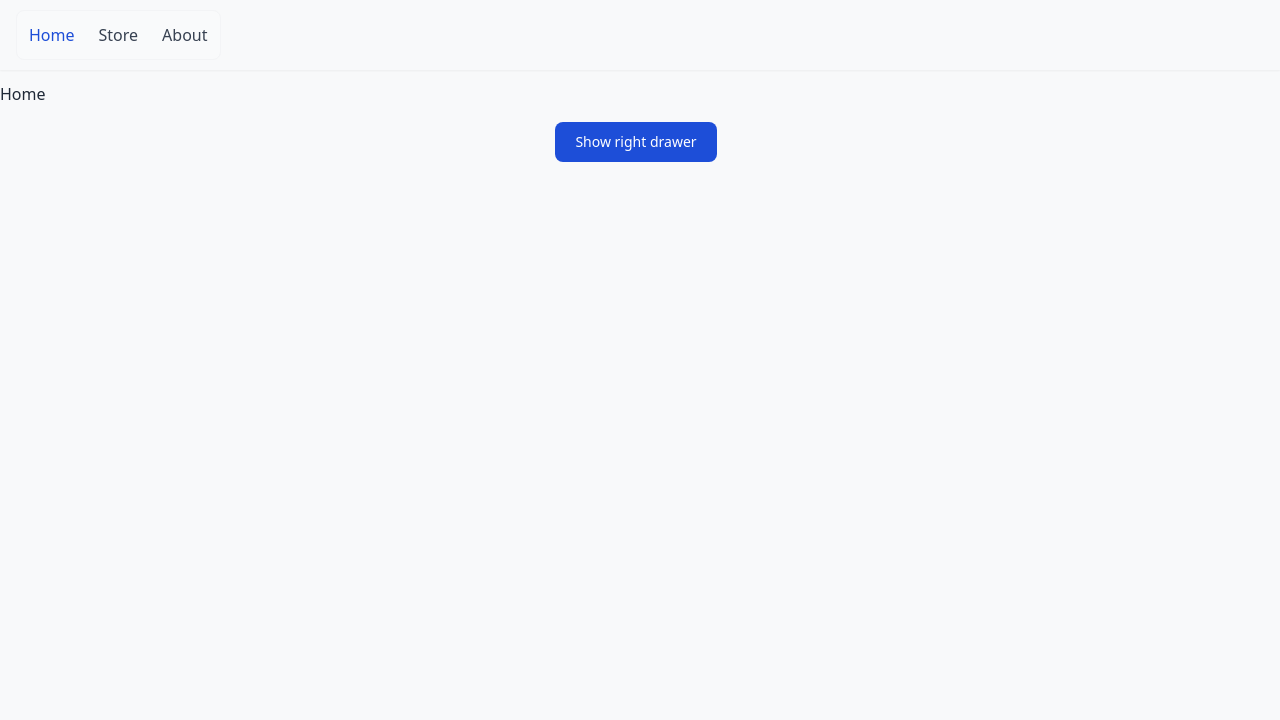
Repository: ducanhaep/react-ts-shopping-cart
Page: /
An editor plug-in stored every save of this project. The page is shown before and after a run of saves, followed by the edit.
The browser window is 1280 px wide. The pictures show the whole page.
The project was rebuilt for these pictures with package versions that can differ from the ones it lists, and the page was loaded fresh each time. Also part of the build but not shown: vite.config.ts, src/pages/About.js, src/utilities/formatCurrency.ts, src/components/StoreItem.tsx, src/pages/Store.tsx.

Above is the page before, as saved 2023-01-12 01:26:47.

### src/App.tsx
import { Routes, Route } from "react-router-dom";
import { About } from "./pages/About";
import { Home } from "./pages/Home";
import { Store } from "./pages/Store";
import { Navbar } from "./components/Navbar";
import { ShoppingCartProvider } from "./context/ShoppingCartContext";
function App() {
  return (
    <ShoppingCartProvider>
      <Navbar />
      <div className="container mb-4">
        <Routes>
          <Route path="/" element={<Home />} />
          <Route path="/store" element={<Store />} />
          <Route path="/about" element={<About />} />
        </Routes>
      </div>
    </ShoppingCartProvider>
  );
}

export default App;

### src/index.css
@tailwind base;
@tailwind components;
@tailwind utilities;
:root {
  font-synthesis: none;
  text-rendering: optimizeLegibility;
  -webkit-font-smoothing: antialiased;
  -moz-osx-font-smoothing: grayscale;
  -webkit-text-size-adjust: 100%;
}

/* Box sizing rules */
*,
*::before,
*::after {
  box-sizing: border-box;
}

/* Remove default margin */
body,
h1,
h2,
h3,
h4,
p,
figure,
blockquote,
dl,
dd {
  margin: 0;
}

/* Remove list styles on ul, ol elements with a list role, which suggests default styling will be removed */
ul[role="list"],
ol[role="list"] {
  list-style: none;
}

/* Set core root defaults */
html:focus-within {
  scroll-behavior: smooth;
}

/* Set core body defaults */
body {
  min-height: 100vh;
  text-rendering: optimizeSpeed;
  line-height: 1.5;
  background-color: #f8f9fa;
}

input,
button,
textarea,
select {
  font: inherit;
}

### src/components/Navbar.tsx
import { Link, NavLink } from "react-router-dom";
import { BsFillCartFill } from "react-icons/bs";
import { useShoppingCartContext } from "../context/ShoppingCartContext";

export function Navbar() {
  const { openCart, cartQuantity } = useShoppingCartContext();
  return (
    <div className="shadow-sm mb-3">
      <nav className="containerbg-white border-gray-200 px-2 sm:px-4 py-2.5 rounded dark:bg-gray-900">
        <div className="container flex flex-wrap items-center justify-between">
          <ul className="flex border border-gray-100 rounded-lg bg-gray-50 items-center">
            <li>
              <NavLink
                to="/"
                className={({ isActive }) =>
                  isActive
                    ? "text-white bg-blue-700 rounded md:bg-transparent md:text-blue-700 dark:text-white p-3"
                    : "block text-gray-700 rounded hover:bg-gray-100 p-3"
                }
                aria-current="page"
              >
                Home
              </NavLink>
            </li>
            <li>
              <NavLink
                to="store"
                className={({ isActive }) =>
                  isActive
                    ? "text-white bg-blue-700 rounded md:bg-transparent md:text-blue-700 dark:text-white p-3"
                    : "block text-gray-700 rounded hover:bg-gray-100 p-3"
                }
              >
                Store
              </NavLink>
            </li>
            <li>
              <NavLink
                to="about"
                className={({ isActive }) =>
                  isActive
                    ? "text-white bg-blue-700 rounded md:bg-transparent md:text-blue-700 dark:text-white p-3"
                    : "block text-gray-700 rounded hover:bg-gray-100 p-3"
                }
              >
                About
              </NavLink>
            </li>
          </ul>
          {cartQuantity > 0 && (
            <button
              data-collapse-toggle="navbar-default"
              type="button"
              aria-controls="navbar-default"
              aria-expanded="false"
              className="relative md:hidden text-blue-700 hover:text-white border border-blue-700 hover:bg-blue-800 focus:outline-none  font-medium rounded-lg text-sm px-5 py-2.5 text-center mr-2 mb-2"
              onClick={openCart}
            >
              <BsFillCartFill />
              <div className="absolute inline-flex items-center justify-center w-6 h-6 text-xs font-bold text-white bg-red-500 border-2 border-white rounded-full -top-2 -right-2 dark:border-gray-900">
                {cartQuantity}
              </div>
            </button>
          )}
        </div>
      </nav>
    </div>
  );
}

### src/context/ShoppingCartContext.tsx
import { useContext, createContext, ReactNode, useState } from "react";
import { ShoppingCart } from "../components/ShoppingCart";

interface ShoppingCartProviderProps {
  children: ReactNode;
}
interface ShoppingCartContext {
  getItemQuantity: (id: number) => number;
  increaseCartQuantity: (id: number) => void;
  decreaseCartQuantity: (id: number) => void;
  removeFromCart: (id: number) => void;
  openCart: () => void;
  closeCart: () => void;
  cartQuantity: number;
  cartItems: CartItem[];
}
interface CartItem {
  id: number;
  quantity: number;
}

const ShoppingCartContext = createContext({} as ShoppingCartContext);

export function ShoppingCartProvider({ children }: ShoppingCartProviderProps) {
  const [cartItems, setCartItems] = useState<CartItem[]>([]);
  const [isOpen, setIsOpen] = useState(false);

  function getItemQuantity(id: number) {
    return cartItems.find((item) => item.id === id)?.quantity || 0;
  }
  const cartQuantity = cartItems.reduce(
    (quantity, item) => quantity + item.quantity,
    0
  );

  function increaseCartQuantity(id: number) {
    setCartItems((currentItem) => {
      if (currentItem.find((item) => item.id === id) == null) {
        return [...currentItem, { id, quantity: 1 }];
      } else {
        return currentItem.map((item) => {
          if (item.id === id) {
            return { ...item, quantity: item.quantity + 1 };
          }
          return item;
        });
      }
    });
  }
  function decreaseCartQuantity(id: number) {
    setCartItems((currentItem) => {
      if (currentItem.find((item) => item.id === id)?.quantity === 1) {
        return currentItem.filter((item) => item.id !== id);
      } else {
        return cartItems.map((item) => {
          if (item.id === id) {
            return { ...item, quantity: item.quantity - 1 };
          }
          return item;
        });
      }
    });
  }
  function removeFromCart(id: number) {
    setCartItems((currentItem) => currentItem.filter((item) => item.id !== id));
  }

  function openCart() {
    setIsOpen(true);
  }
  function closeCart() {
    setIsOpen(false);
  }

  return (
    <ShoppingCartContext.Provider
      value={{
        getItemQuantity,
        increaseCartQuantity,
        decreaseCartQuantity,
        removeFromCart,
        cartItems,
        cartQuantity,
        openCart,
        closeCart,
      }}
    >
      {children}
      <ShoppingCart />
    </ShoppingCartContext.Provider>
  );
}

export function useShoppingCartContext() {
  return useContext(ShoppingCartContext);
}

### src/components/ShoppingCart.tsx
export function ShoppingCart() {
  return (
    <>
      <div className="text-center">
        <button
          className="text-white bg-blue-700 hover:bg-blue-800 focus:ring-4 focus:ring-blue-300 font-medium rounded-lg text-sm px-5 py-2.5 mr-2 mb-2 dark:bg-blue-600 dark:hover:bg-blue-700 focus:outline-none dark:focus:ring-blue-800"
          type="button"
          data-drawer-target="drawer-right-example"
          data-drawer-show="drawer-right-example"
          data-drawer-placement="right"
          aria-controls="drawer-right-example"
        >
          Show right drawer
        </button>
      </div>

      <div
        id="drawer-right-example"
        className="fixed z-40 h-screen p-4 overflow-y-auto bg-white w-80 dark:bg-gray-800 transition-transform right-0 top-0 translate-x-full"
        tabIndex={-1}
        aria-labelledby="drawer-right-label"
      >
        <h5
          id="drawer-right-label"
          className="inline-flex items-center mb-4 text-base font-semibold text-gray-500 dark:text-gray-400"
        >
          <svg
            className="w-5 h-5 mr-2"
            aria-hidden="true"
            fill="currentColor"
            viewBox="0 0 20 20"
            xmlns="http://www.w3.org/2000/svg"
          >
            <path
              fillRule="evenodd"
              d="M18 10a8 8 0 11-16 0 8 8 0 0116 0zm-7-4a1 1 0 11-2 0 1 1 0 012 0zM9 9a1 1 0 000 2v3a1 1 0 001 1h1a1 1 0 100-2v-3a1 1 0 00-1-1H9z"
              clipRule="evenodd"
            />
          </svg>
          Right drawer
        </h5>
        <button
          type="button"
          data-drawer-hide="drawer-right-example"
          aria-controls="drawer-right-example"
          className="text-gray-400 bg-transparent hover:bg-gray-200 hover:text-gray-900 rounded-lg text-sm p-1.5 absolute top-2.5 right-2.5 inline-flex items-center dark:hover:bg-gray-600 dark:hover:text-white"
        >
          <svg
            aria-hidden="true"
            className="w-5 h-5"
            fill="currentColor"
            viewBox="0 0 20 20"
            xmlns="http://www.w3.org/2000/svg"
          >
            <path
              fillRule="evenodd"
              d="M4.293 4.293a1 1 0 011.414 0L10 8.586l4.293-4.293a1 1 0 111.414 1.414L11.414 10l4.293 4.293a1 1 0 01-1.414 1.414L10 11.414l-4.293 4.293a1 1 0 01-1.414-1.414L8.586 10 4.293 5.707a1 1 0 010-1.414z"
              clipRule="evenodd"
            />
          </svg>
          <span className="sr-only">Close menu</span>
        </button>
        <p className="mb-6 text-sm text-gray-500 dark:text-gray-400">
          Supercharge your hiring by taking advantage of our{" "}
          <a
            href="#"
            className="text-blue-600 underline dark:text-blue-500 hover:no-underline"
          >
            limited-time sale
          </a>
          for Flowbite Docs + Job Board. Unlimited access to over 190K
          top-ranked candidates and the #1 design job board.
        </p>
        <div className="grid grid-cols-2 gap-4">
          <a
            href="#"
            className="px-4 py-2 text-sm font-medium text-center text-gray-900 bg-white border border-gray-200 rounded-lg focus:outline-none hover:bg-gray-100 hover:text-blue-700 focus:z-10 focus:ring-4 focus:ring-gray-200 dark:focus:ring-gray-700 dark:bg-gray-800 dark:text-gray-400 dark:border-gray-600 dark:hover:text-white dark:hover:bg-gray-700"
          >
            Learn more
          </a>
          <a
            href="#"
            className="inline-flex items-center px-4 py-2 text-sm font-medium text-center text-white bg-blue-700 rounded-lg hover:bg-blue-800 focus:ring-4 focus:ring-blue-300 dark:bg-blue-600 dark:hover:bg-blue-700 focus:outline-none dark:focus:ring-blue-800"
          >
            Get access
            <svg
              className="w-4 h-4 ml-2"
              aria-hidden="true"
              fill="currentColor"
              viewBox="0 0 20 20"
              xmlns="http://www.w3.org/2000/svg"
            >
              <path
                fillRule="evenodd"
                d="M12.293 5.293a1 1 0 011.414 0l4 4a1 1 0 010 1.414l-4 4a1 1 0 01-1.414-1.414L14.586 11H3a1 1 0 110-2h11.586l-2.293-2.293a1 1 0 010-1.414z"
                clipRule="evenodd"
              />
            </svg>
          </a>
        </div>
      </div>
    </>
  );
}

### tailwind.config.cjs
/** @type {import('tailwindcss').Config} */
module.exports = {
  content: ["./index.html", "./src/**/*.{js,ts,jsx,tsx}"],
  theme: {
    container: {
      center: true,
    },
    extend: {
      colors: {
        "light-color": "#f8f9fa",
      },
    },
  },
  plugins: [require("daisyui")],
};

Loaded but not shown: index.html (common file); src/main.tsx (common file); src/pages/Home.js (common file)

After the next 2 saves:
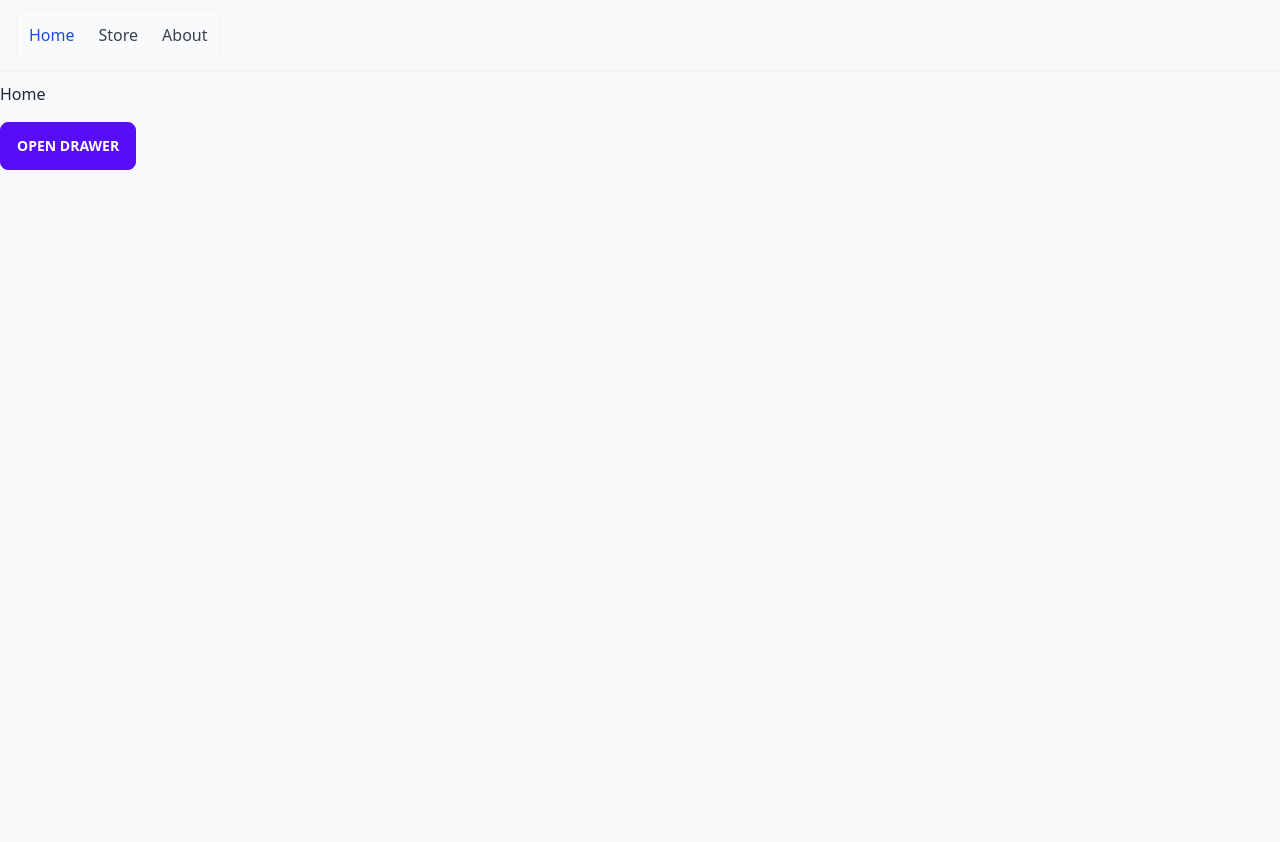
The 2 saves are shown as one change because 1 did not build or start.
The last was saved 2 min 2 s later.
--- a/src/components/ShoppingCart.tsx
+++ b/src/components/ShoppingCart.tsx
@@ -1,104 +1,23 @@
 export function ShoppingCart() {
   return (
-    <>
-      <div className="text-center">
-        <button
-          className="text-white bg-blue-700 hover:bg-blue-800 focus:ring-4 focus:ring-blue-300 font-medium rounded-lg text-sm px-5 py-2.5 mr-2 mb-2 dark:bg-blue-600 dark:hover:bg-blue-700 focus:outline-none dark:focus:ring-blue-800"
-          type="button"
-          data-drawer-target="drawer-right-example"
-          data-drawer-show="drawer-right-example"
-          data-drawer-placement="right"
-          aria-controls="drawer-right-example"
-        >
-          Show right drawer
-        </button>
+    <div className="drawer drawer-end">
+      <input id="my-drawer-4" type="checkbox" className="drawer-toggle" />
+      <div className="drawer-content">
+        <label htmlFor="my-drawer-4" className="drawer-button btn btn-primary">
+          Open drawer
+        </label>
       </div>
-
-      <div
-        id="drawer-right-example"
-        className="fixed z-40 h-screen p-4 overflow-y-auto bg-white w-80 dark:bg-gray-800 transition-transform right-0 top-0 translate-x-full"
-        tabIndex={-1}
-        aria-labelledby="drawer-right-label"
-      >
-        <h5
-          id="drawer-right-label"
-          className="inline-flex items-center mb-4 text-base font-semibold text-gray-500 dark:text-gray-400"
-        >
-          <svg
-            className="w-5 h-5 mr-2"
-            aria-hidden="true"
-            fill="currentColor"
-            viewBox="0 0 20 20"
-            xmlns="http://www.w3.org/2000/svg"
-          >
-            <path
-              fillRule="evenodd"
-              d="M18 10a8 8 0 11-16 0 8 8 0 0116 0zm-7-4a1 1 0 11-2 0 1 1 0 012 0zM9 9a1 1 0 000 2v3a1 1 0 001 1h1a1 1 0 100-2v-3a1 1 0 00-1-1H9z"
-              clipRule="evenodd"
-            />
-          </svg>
-          Right drawer
-        </h5>
-        <button
-          type="button"
-          data-drawer-hide="drawer-right-example"
-          aria-controls="drawer-right-example"
-          className="text-gray-400 bg-transparent hover:bg-gray-200 hover:text-gray-900 rounded-lg text-sm p-1.5 absolute top-2.5 right-2.5 inline-flex items-center dark:hover:bg-gray-600 dark:hover:text-white"
-        >
-          <svg
-            aria-hidden="true"
-            className="w-5 h-5"
-            fill="currentColor"
-            viewBox="0 0 20 20"
-            xmlns="http://www.w3.org/2000/svg"
-          >
-            <path
-              fillRule="evenodd"
-              d="M4.293 4.293a1 1 0 011.414 0L10 8.586l4.293-4.293a1 1 0 111.414 1.414L11.414 10l4.293 4.293a1 1 0 01-1.414 1.414L10 11.414l-4.293 4.293a1 1 0 01-1.414-1.414L8.586 10 4.293 5.707a1 1 0 010-1.414z"
-              clipRule="evenodd"
-            />
-          </svg>
-          <span className="sr-only">Close menu</span>
-        </button>
-        <p className="mb-6 text-sm text-gray-500 dark:text-gray-400">
-          Supercharge your hiring by taking advantage of our{" "}
-          <a
-            href="#"
-            className="text-blue-600 underline dark:text-blue-500 hover:no-underline"
-          >
-            limited-time sale
-          </a>
-          for Flowbite Docs + Job Board. Unlimited access to over 190K
-          top-ranked candidates and the #1 design job board.
-        </p>
-        <div className="grid grid-cols-2 gap-4">
-          <a
-            href="#"
-            className="px-4 py-2 text-sm font-medium text-center text-gray-900 bg-white border border-gray-200 rounded-lg focus:outline-none hover:bg-gray-100 hover:text-blue-700 focus:z-10 focus:ring-4 focus:ring-gray-200 dark:focus:ring-gray-700 dark:bg-gray-800 dark:text-gray-400 dark:border-gray-600 dark:hover:text-white dark:hover:bg-gray-700"
-          >
-            Learn more
-          </a>
-          <a
-            href="#"
-            className="inline-flex items-center px-4 py-2 text-sm font-medium text-center text-white bg-blue-700 rounded-lg hover:bg-blue-800 focus:ring-4 focus:ring-blue-300 dark:bg-blue-600 dark:hover:bg-blue-700 focus:outline-none dark:focus:ring-blue-800"
-          >
-            Get access
-            <svg
-              className="w-4 h-4 ml-2"
-              aria-hidden="true"
-              fill="currentColor"
-              viewBox="0 0 20 20"
-              xmlns="http://www.w3.org/2000/svg"
-            >
-              <path
-                fillRule="evenodd"
-                d="M12.293 5.293a1 1 0 011.414 0l4 4a1 1 0 010 1.414l-4 4a1 1 0 01-1.414-1.414L14.586 11H3a1 1 0 110-2h11.586l-2.293-2.293a1 1 0 010-1.414z"
-                clipRule="evenodd"
-              />
-            </svg>
-          </a>
-        </div>
+      <div className="drawer-side">
+        <label htmlFor="my-drawer-4" className="drawer-overlay"></label>
+        <ul className="menu p-4 w-80 bg-base-100 text-base-content">
+          <li>
+            <a>Sidebar Item 1</a>
+          </li>
+          <li>
+            <a>Sidebar Item 2</a>
+          </li>
+        </ul>
       </div>
-    </>
+    </div>
   );
 }
